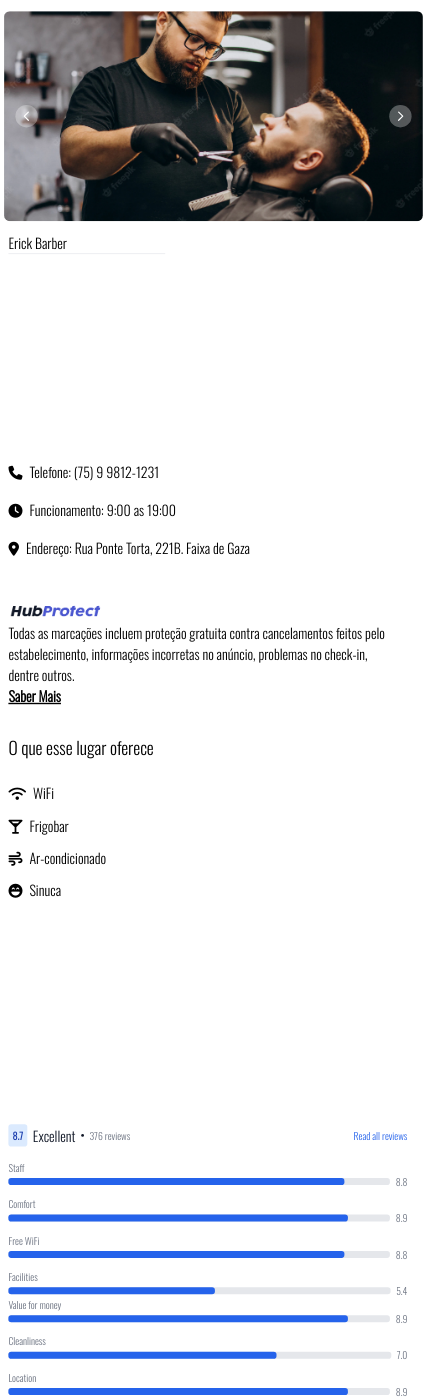
Repository: nailson493/BeardHub-TCC
Page: http://localhost/
These files come from the project's save history. The page is drawn as it stood at one moment and after a run of saves; the edit follows.
The browser window is 600 px wide. The page is 618 px wide, so the pictures cover 618 px, including what lies to the right of the window. The pictures show the whole page, at 70% of full size.
Some web libraries are served in a nearby version. The page is run by PHP 8.4 with error messages shown; the project is at /var/www/html/.

Above is the page before, as saved 2022-12-11 22:38:20.

### Estabelecimento/index.html
<!DOCTYPE html>
<html lang="pt-br">
<head>
    <meta charset="UTF-8">
    <meta http-equiv="X-UA-Compatible" content="IE=edge">
    <meta name="viewport" content="width=device-width, initial-scale=0.55">
    <!-- <meta name="viewport" content= "width=device-width, user-scalable=no"> -->
    <title>Document</title>
    <link rel="stylesheet" href="https://cdn.jsdelivr.net/npm/@fortawesome/fontawesome-free@6.2.1/css/fontawesome.min.css" />
    <link rel="stylesheet" href="https://fonts.googleapis.com/css2?family=Inter:wght@300;400;500;600;700&display=swap" />
    <!-- <link rel="stylesheet" href="https://cdn.jsdelivr.net/npm/tw-elements/dist/css/index.min.css" /> -->
    <script src="https://cdn.tailwindcss.com"></script>
    <script src="https://cdn.jsdelivr.net/npm/tw-elements/dist/js/index.min.js"></script>
    <link rel="stylesheet" href="pg.css">
    <script src="https://unpkg.com/flowbite@1.5.4/dist/flowbite.js"></script>
    <link rel="stylesheet" href="https://unpkg.com/flowbite@1.5.4/dist/flowbite.min.css" />
    <script src="https://unpkg.com/flowbite@1.5.5/dist/datepicker.js"></script>
    <link rel="stylesheet" href="https://cdnjs.cloudflare.com/ajax/libs/font-awesome/6.2.1/css/all.min.css" integrity="sha512-MV7K8+y+gLIBoVD59lQIYicR65iaqukzvf/nwasF0nqhPay5w/9lJmVM2hMDcnK1OnMGCdVK+iQrJ7lzPJQd1w==" crossorigin="anonymous" referrerpolicy="no-referrer" />
    <link href="https://fonts.googleapis.com/css2?family=Oswald:wght@300&display=swap" rel="stylesheet">

</head>



<body>

  <div id="box-picture" class="container mx-auto  justify-center mt-4 ">
    <div class="grid md:grid-rows-2 grid-flow-col  grid-cols-4 gap-4 " id="dividido">
     <div class="row-span-2 col-span-2">
      <div id="default-carousel" class="relative h-full " data-carousel="static">
        <!-- Carousel wrapper -->
        <div id="teste" class="relative h-full overflow-hidden rounded-lg ">
             <!-- Item 1 -->
            <div class="hidden duration-700 ease-in-out" data-carousel-item>
                <span class="absolute text-2xl font-semibold text-white -translate-x-1/2 -translate-y-1/2 top-1/2 left-1/2 sm:text-3xl dark:text-gray-800">First Slide</span>
                <img src="img/handsome-man-cutting-beard-barber-shop-salon_1303-20932.webp" class="absolute h-full object-cover  h-full object-cover block w-full -translate-x-1/2 -translate-y-1/2 top-1/2 left-1/2" alt="...">
            </div>
            <!-- Item 2 -->
            <div class="hidden duration-700 ease-in-out" data-carousel-item>
                <img src="img/handsome-man-cutting-beard-barber-shop-salon_1303-20932.webp" class="absolute h-full object-cover block w-full -translate-x-1/2 -translate-y-1/2 top-1/2 left-1/2" alt="...">
            </div>
            <!-- Item 3 -->
            <div class="hidden duration-700 ease-in-out" data-carousel-item>
                <img src="img/handsome-man-cutting-beard-barber-shop-salon_1303-20932.webp" class="absolute h-full object-cover   block w-full -translate-x-1/2 -translate-y-1/2 top-1/2 left-1/2" alt="...">
            </div>
        </div>
        <!-- Slider indicators -->

        <!-- Slider controls -->
        <button type="button" class="absolute top-0 left-0 z-30 flex items-center justify-center h-full px-4 cursor-pointer group focus:outline-none" data-carousel-prev>
            <span class="inline-flex items-center justify-center w-8 h-8 rounded-full sm:w-10 sm:h-10 bg-white/30 dark:bg-gray-800/30 group-hover:bg-white/50 dark:group-hover:bg-gray-800/60 group-focus:ring-4 group-focus:ring-white dark:group-focus:ring-gray-800/70 group-focus:outline-none">
                <svg aria-hidden="true" class="w-5 h-5 text-white sm:w-6 sm:h-6 dark:text-gray-800" fill="none" stroke="currentColor" viewBox="0 0 24 24" xmlns="http://www.w3.org/2000/svg"><path stroke-linecap="round" stroke-linejoin="round" stroke-width="2" d="M15 19l-7-7 7-7"></path></svg>
                <span class="sr-only">Previous</span>
            </span>
        </button>
        <button type="button" class="absolute top-0 right-0 z-30 flex items-center justify-center h-full px-4 cursor-pointer group focus:outline-none" data-carousel-next>
            <span class="inline-flex items-center justify-center w-8 h-8 rounded-full sm:w-10 sm:h-10 bg-white/30 dark:bg-gray-800/30 group-hover:bg-white/50 dark:group-hover:bg-gray-800/60 group-focus:ring-4 group-focus:ring-white dark:group-focus:ring-gray-800/70 group-focus:outline-none">
                <svg aria-hidden="true" class="w-5 h-5 text-white sm:w-6 sm:h-6 dark:text-gray-800" fill="none" stroke="currentColor" viewBox="0 0 24 24" xmlns="http://www.w3.org/2000/svg"><path stroke-linecap="round" stroke-linejoin="round" stroke-width="2" d="M9 5l7 7-7 7"></path></svg>
                <span class="sr-only">Next</span>
            </span>
        </button>
    </div>
  </div>
        <div class="side-card"><img class="rounded-md h-full" src="img/handsome-man-cutting-beard-barber-shop-salon_1303-20932.webp" alt="image description"></div>
        <div class="side-card"><img class="rounded-md h-full" src="img/handsome-man-cutting-beard-barber-shop-salon_1303-20932.webp" alt="image description"></div>
        <div class="side-card"><img class="rounded-md h-full " src="img/handsome-man-cutting-beard-barber-shop-salon_1303-20932.webp" alt="image description"></div>
        <div class="side-card"><img class="rounded-md h-full" src="img/handsome-man-cutting-beard-barber-shop-salon_1303-20932.webp" alt="image description"></div>
      </div>
    </div>




    <section id="secao" class="container mx-auto  justify-center mt-4">


      <div class="bar">
        <div class="text-description">
          <h1>Erick Barber</h1>
            <!-- <div class="icon-profile relative mx-auto justify-center mt-4">
              <a href="">
                <img src="/icon.jpg" alt="">
              </a>
            </div> -->
          <hr class="w-56">
        </div>
      </div>

      <form id="form" class="">
        <div class="flex flex-wrap -mx-3 mb-6">
          <div class="w-full md:w-1/2 px-3 mb-6 md:mb-0">
            <label class="block uppercase tracking-wide text-white text-xs font-bold mb-2" for="grid-last-name">
              Data
            </label>
            <div class="sticky">
              <div class=" flex absolute inset-y-0 left-0 items-center pl-3 pointer-events-none">
                <i class="fa-solid fa-calendar-days"></i>
              </div>
              <input datepicker type="text" class="bg-white border border-gray-300 text-gray-900 text-sm rounded-lg focus:ring-blue-500 focus:border-blue-500 block w-full pl-10 p-2.5 dark:bg-white dark:border-gray-600 dark:placeholder-gray-4JUdGzvrMFDWrUUwY3toJATSeNwjn54LkCnKBPRzDuhzi5vSepHfUckJNxRL2gjkNrSqtCoRUrEDAgRwsQvVCjZbRyFTLRNyDmT1a1boZV">
            </div>
          </div>
          <div class="w-full md:w-1/2 px-3 mb-1">
            <label class="block uppercase tracking-wide text-white text-xs font-bold mb-2" for="grid-last-name">
              Horario
            </label>
            <select id="countries" class="bg-white border border-gray-300 text-gray-900 text-sm rounded-lg focus:ring-blue-500 focus:border-blue-500 block w-full p-2.5 dark:bg-white dark:border-gray-600 dark:placeholder-gray-4JUdGzvrMFDWrUUwY3toJATSeNwjn54LkCnKBPRzDuhzi5vSepHfUckJNxRL2gjkNrSqtCoRUrEDAgRwsQvVCjZbRyFTLRNyDmT1a1boZV">
              <option selected>Choose a country</option>
              <option value="US">United States</option>
              <option value="CA">Canada</option>
              <option value="FR">France</option>
              <option value="DE">Germany</option>
            </select>
          </div>
        </div>
        <div class="flex flex-wrap -mx-3 mb-6">
          <div class="w-full px-3">
            <label class="block uppercase tracking-wide text-white text-xs font-bold mb-2" for="grid-last-name">
              Funcionario
            </label>
            <select id="countries" class="bg-white border border-gray-300 text-gray-900 text-sm rounded-lg focus:ring-blue-500 focus:border-blue-500 block w-full p-2.5 dark:bg-white dark:border-gray-600 dark:placeholder-gray-4JUdGzvrMFDWrUUwY3toJATSeNwjn54LkCnKBPRzDuhzi5vSepHfUckJNxRL2gjkNrSqtCoRUrEDAgRwsQvVCjZbRyFTLRNyDmT1a1boZV">
              <option selected>Choose a country</option>
              <option value="US">United States</option>
              <option value="CA">Canada</option>
              <option value="FR">France</option>
              <option value="DE">Germany</option>
            </select>
          </div>
        </div>
        <div class="flex flex-wrap -mx-3 mb-6">
          <div class="w-full px-3">
            <label class="block uppercase tracking-wide text-white text-xs font-bold mb-2" for="grid-last-name">
              Serviço
            </label>
            <select id="countries" class="bg-white border border-gray-300 text-gray-900 text-sm rounded-lg focus:ring-blue-500 focus:border-blue-500 block w-full p-2.5 dark:bg-white dark:border-gray-600 dark:placeholder-gray-4JUdGzvrMFDWrUUwY3toJATSeNwjn54LkCnKBPRzDuhzi5vSepHfUckJNxRL2gjkNrSqtCoRUrEDAgRwsQvVCjZbRyFTLRNyDmT1a1boZV">
              <option selected>Choose a country</option>
              <option value="US">United States</option>
              <option value="CA">Canada</option>
              <option value="FR">France</option>
              <option value="DE">Germany</option>
            </select>
          </div>
        </div>
          <div class="flex flex-wrap -mx-3 mb-6">
            <div class="w-full px-3">
              <button type="button" class=" w-full text-white bg-gradient-to-r from-blue-500 via-blue-600 to-blue-700 hover:bg-gradient-to-br focus:ring-4 focus:outline-none focus:ring-blue-300 dark:focus:ring-blue-800 font-medium rounded-lg text-sm px-5 py-2.5 text-center ">Reservar</button>
            </div>
          </div>
      </form>


      <div id="lista" class="flex flex-col relative ">
        <ul style="list-style-type: none;">
          <li class="mt-6"><i class="fa-solid fa-phone"></i>&ensp;Telefone: (75) 9 9812-1231</li>
          <li class="mt-6"><i class="fa-solid fa-clock"></i>&ensp;Funcionamento: 9:00 as 19:00</li>
          <li class="mt-6"><i class="icon fas fa-map-marker-alt"></i>&ensp;Endereço: Rua Ponte Torta, 221B. Faixa de Gaza</li>
        </ul>





      <div id="protect" class="" >
        <img src="/img/prot.png" alt="">
        <p>Todas as marcações incluem proteção gratuita contra cancelamentos feitos pelo estabelecimento, informações incorretas no anúncio, problemas no check-in, dentre outros.
        </p>
        <a href=""> Saber Mais</a>

      </div>

      <div class="place-title mt-10">
        <h1>O que esse lugar oferece</h1>
        <div id="place" class="gap-8 lg:grid lg:grid-cols-2  place-content-center w-[35rem] justify-center md:shrink-0 mt-4">
          <div ><li class="mt-4"><i class="fa-solid fa-wifi"></i>&ensp;WiFi</li></div>
          <div ><li class="mt-4"><i class="fa-solid fa-martini-glass"></i>&ensp;Frigobar</li></div>
          <div ><li class="mt-4"><i class="fa-solid fa-wind"></i>&ensp;Ar-condicionado</li></div>
          <div><li class="mt-4"><i class="fa-solid fa-face-laugh-beam"></i>&ensp;Sinuca</li></div>
        </div>
      </div>

      <!-- <div class="flex flex-col ...">
        <div>
          <i class="fa-solid fa-phone"> </i>
        </div>
        <div>02</div>
        <div>03</div>
      </div> -->



<div id="feedback" class="relative top-[20rem] ">
    <div class="flex items-center mb-5">
      <p class="bg-blue-100 text-blue-800 text-sm font-semibold inline-flex items-center p-1.5 rounded dark:bg-blue-200 dark:text-blue-800">8.7</p>
      <p class="ml-2 font-medium text-gray-900 dark:text-black">Excellent</p>
      <span class="w-1 h-1 mx-2 bg-gray-900 rounded-full dark:bg-gray-500"></span>
      <p class="text-sm font-medium text-gray-500 dark:text-gray-400">376 reviews</p>
      <a href="#" class="ml-auto text-sm font-medium text-blue-600 hover:underline dark:text-blue-500">Read all reviews</a>
    </div>
  <div class="gap-8 sm:grid sm:grid-cols-2">
    <div>
        <dl>
            <dt class="text-sm font-medium text-gray-500 dark:text-gray-400">Staff</dt>
            <dd class="flex items-center mb-3">
                <div class="w-full bg-gray-200 rounded h-2.5 dark:bg-gray-700 mr-2">
                    <div class="bg-blue-600 h-2.5 rounded dark:bg-blue-500" style="width: 88%"></div>
                </div>
                <span class="text-sm font-medium text-gray-500 dark:text-gray-400">8.8</span>
            </dd>
        </dl>
        <dl>
            <dt class="text-sm font-medium text-gray-500 dark:text-gray-400">Comfort</dt>
            <dd class="flex items-center mb-3">
                <div class="w-full bg-gray-200 rounded h-2.5 dark:bg-gray-700 mr-2">
                    <div class="bg-blue-600 h-2.5 rounded dark:bg-blue-500" style="width: 89%"></div>
                </div>
                <span class="text-sm font-medium text-gray-500 dark:text-gray-400">8.9</span>
            </dd>
        </dl>
        <dl>
            <dt class="text-sm font-medium text-gray-500 dark:text-gray-400">Free WiFi</dt>
            <dd class="flex items-center mb-3">
                <div class="w-full bg-gray-200 rounded h-2.5 dark:bg-gray-700 mr-2">
                    <div class="bg-blue-600 h-2.5 rounded dark:bg-blue-500" style="width: 88%"></div>
                </div>
                <span class="text-sm font-medium text-gray-500 dark:text-gray-400">8.8</span>
            </dd>
        </dl>
        <dl>
            <dt class="text-sm font-medium text-gray-500 dark:text-gray-400">Facilities</dt>
            <dd class="flex items-center">
                <div class="w-full bg-gray-200 rounded h-2.5 dark:bg-gray-700 mr-2">
                    <div class="bg-blue-600 h-2.5 rounded dark:bg-blue-500" style="width: 54%"></div>
                </div>
                <span class="text-sm font-medium text-gray-500 dark:text-gray-400">5.4</span>
            </dd>
        </dl>
    </div>
    <div>
        <dl>
            <dt class="text-sm font-medium text-gray-500 dark:text-gray-400">Value for money</dt>
            <dd class="flex items-center mb-3">
                <div class="w-full bg-gray-200 rounded h-2.5 dark:bg-gray-700 mr-2">
                    <div class="bg-blue-600 h-2.5 rounded dark:bg-blue-500" style="width: 89%"></div>
                </div>
                <span class="text-sm font-medium text-gray-500 dark:text-gray-400">8.9</span>
            </dd>
        </dl>
        <dl>
            <dt class="text-sm font-medium text-gray-500 dark:text-gray-400">Cleanliness</dt>
            <dd class="flex items-center mb-3">
                <div class="w-full bg-gray-200 rounded h-2.5 dark:bg-gray-700 mr-2">
                    <div class="bg-blue-600 h-2.5 rounded dark:bg-blue-500" style="width: 70%"></div>
                </div>
                <span class="text-sm font-medium text-gray-500 dark:text-gray-400">7.0</span>
            </dd>
        </dl>
        <dl>
            <dt class="text-sm font-medium text-gray-500 dark:text-gray-400">Location</dt>
            <dd class="flex items-center">
                <div class="w-full bg-gray-200 rounded h-2.5 dark:bg-gray-700 mr-2">
                    <div class="bg-blue-600 h-2.5 rounded dark:bg-blue-500" style="width: 89%"></div>
                </div>
                <span class="text-sm font-medium text-gray-500 dark:text-gray-400">8.9</span>
            </dd>
        </dl>
    </div>
  </div>













</div>









    </section>

  <!-- <form id="form" class="">
  <div class="flex flex-wrap -mx-3 mb-6">
    <div class="w-full md:w-1/2 px-3 mb-6 md:mb-0">
      <label class="block uppercase tracking-wide text-white text-xs font-bold mb-2" for="grid-last-name">
        Data
      </label>
      <div class="sticky">
        <div class=" flex absolute inset-y-0 left-0 items-center pl-3 pointer-events-none">
          <i class="fa-solid fa-calendar-days"></i>
        </div>
        <input datepicker type="text" class="bg-white border border-gray-300 text-gray-900 text-sm rounded-lg focus:ring-blue-500 focus:border-blue-500 block w-full pl-10 p-2.5 dark:bg-white dark:border-gray-600 dark:placeholder-gray-4JUdGzvrMFDWrUUwY3toJATSeNwjn54LkCnKBPRzDuhzi5vSepHfUckJNxRL2gjkNrSqtCoRUrEDAgRwsQvVCjZbRyFTLRNyDmT1a1boZV">
      </div>
    </div>
    <div class="w-full md:w-1/2 px-3 mb-1">
      <label class="block uppercase tracking-wide text-white text-xs font-bold mb-2" for="grid-last-name">
        Horario
      </label>
      <select id="countries" class="bg-white border border-gray-300 text-gray-900 text-sm rounded-lg focus:ring-blue-500 focus:border-blue-500 block w-full p-2.5 dark:bg-white dark:border-gray-600 dark:placeholder-gray-4JUdGzvrMFDWrUUwY3toJATSeNwjn54LkCnKBPRzDuhzi5vSepHfUckJNxRL2gjkNrSqtCoRUrEDAgRwsQvVCjZbRyFTLRNyDmT1a1boZV">
        <option selected>Choose a country</option>
        <option value="US">United States</option>
        <option value="CA">Canada</option>
        <option value="FR">France</option>
        <option value="DE">Germany</option>
      </select>
    </div>
  </div>
  <div class="flex flex-wrap -mx-3 mb-6">
    <div class="w-full px-3">
      <label class="block uppercase tracking-wide text-white text-xs font-bold mb-2" for="grid-last-name">
        Funcionario
      </label>
      <select id="countries" class="bg-white border border-gray-300 text-gray-900 text-sm rounded-lg focus:ring-blue-500 focus:border-blue-500 block w-full p-2.5 dark:bg-white dark:border-gray-600 dark:placeholder-gray-4JUdGzvrMFDWrUUwY3toJATSeNwjn54LkCnKBPRzDuhzi5vSepHfUckJNxRL2gjkNrSqtCoRUrEDAgRwsQvVCjZbRyFTLRNyDmT1a1boZV">
        <option selected>Choose a country</option>
        <option value="US">United States</option>
        <option value="CA">Canada</option>
        <option value="FR">France</option>
        <option value="DE">Germany</option>
      </select>
    </div>
  </div>
  <div class="flex flex-wrap -mx-3 mb-6">
    <div class="w-full px-3">
      <label class="block uppercase tracking-wide text-white text-xs font-bold mb-2" for="grid-last-name">
        Serviço
      </label>
      <select id="countries" class="bg-white border border-gray-300 text-gray-900 text-sm rounded-lg focus:ring-blue-500 focus:border-blue-500 block w-full p-2.5 dark:bg-white dark:border-gray-600 dark:placeholder-gray-4JUdGzvrMFDWrUUwY3toJATSeNwjn54LkCnKBPRzDuhzi5vSepHfUckJNxRL2gjkNrSqtCoRUrEDAgRwsQvVCjZbRyFTLRNyDmT1a1boZV">
        <option selected>Choose a country</option>
        <option value="US">United States</option>
        <option value="CA">Canada</option>
        <option value="FR">France</option>
        <option value="DE">Germany</option>
      </select>
    </div>
  </div>
    <div class="flex flex-wrap -mx-3 mb-6">
      <div class="w-full px-3">
        <button type="button" class=" w-full text-white bg-gradient-to-r from-blue-500 via-blue-600 to-blue-700 hover:bg-gradient-to-br focus:ring-4 focus:outline-none focus:ring-blue-300 dark:focus:ring-blue-800 font-medium rounded-lg text-sm px-5 py-2.5 text-center ">Reservar</button>
      </div>
    </div>
</form> -->


</body>
</html>

### Estabelecimento/pg.css
body{
    height: 100vh;
}


.side-card img{
    min-height: 50px;
    max-height: 250px;
    object-fit: cover;
}




#description h1{
    margin-left: 10%;
}

.text-description h1{
  font-size: 20px;
  font-family: 'Oswald', sans-serif;

}

#lista{
    margin-top: -28%;
    font-size: 20px;
    font-family: 'Oswald', sans-serif;
}

.bar a{

    width: 100%;
}

    .bar img{
        border-radius: 50%;
        width: 100%;

    }

.icon-profile{
    width: 18%;
}


#protect{
    margin-top: 3%;
    min-width: 100px;
}

#protect img{

    width: 20%;
    margin-left: -1.5%;
}

#protect p{
    min-width: 50%;
    width: 50%;
}

#protect a{
    font-weight: bolder;
    text-decoration: underline;
}

#place{
    list-style: none;
    font-size: 20px;
    font-family: 'Oswald', sans-serif;
}




.place-title h1{
  font-size: 25px;
  font-weight: 500;
}

#default-carousel{
    width: 100%;
    min-width: 300px;
}


#form{
    margin-left: 60%;
    background-color: #111827;
    padding: 1%;
    border-radius: 2%;
    position: sticky;
    top: 10px;
    box-shadow: rgba(0, 0, 0, 0.35) 0px 5px 15px;

}

#datepicker-header{
    background-color: blueviolet;
}



@media screen and (max-width: 756px){
    .side-card{
        display: none;
    }
    #default-carousel{
        width: 205%;
        height: 300px;
    }
    #form{
        visibility: hidden;
    }

     #protect{
        margin-top: 20%;
    }
    #protect p{
        width: 90%;
    }
    #protect img{
        margin-top: -10%;
        width: 25%;
    }
    #feedback{
        width: 95%;
    }
}

@media screen and (max-width: 661px){
    #default-carousel{
        width: 205%;
        height: 300px;
        margin-left: 2%;
    }
    #secao{
        margin-left: 2%;
    }

    #protect img{
        margin-top: -10%;
        width: 25%;
    }
}


@media screen and (max-width: 400px){
    #default-carousel{
        width: 550px;
        height: 300px;
    }
}


@media screen and (max-width: 703px){
    #lista
}





@media screen and (max-width: 376px){


    #protect img{
        width: 40%;
        margin-left: -8px;
    }
    #protect p{
        min-width: 150%;
    }

}

After the next 2 saves:
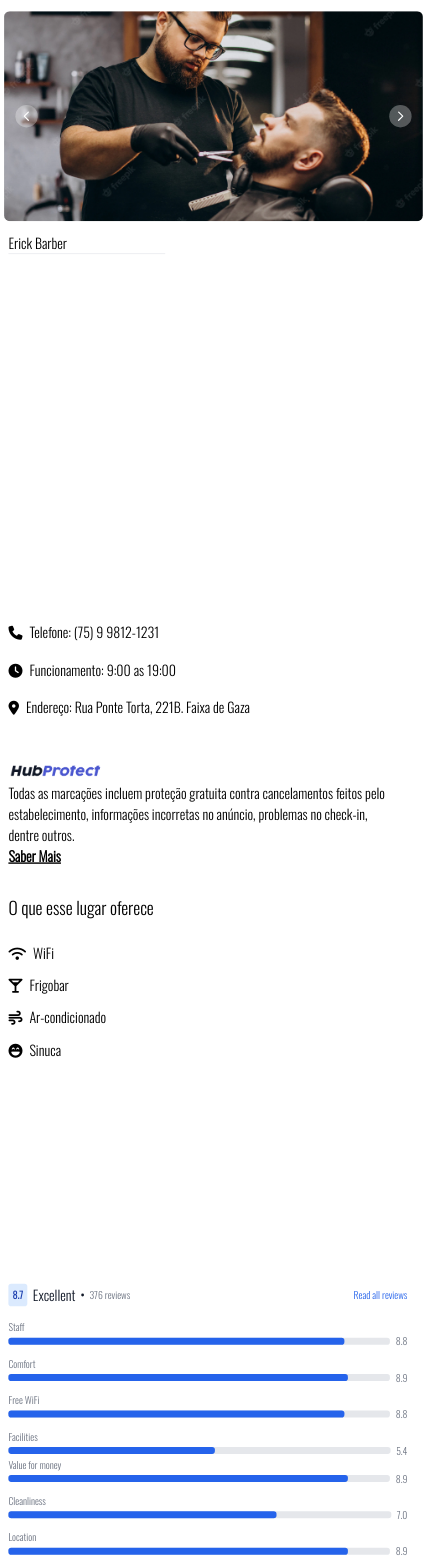
The 2 saves are shown as one change because they came seconds apart.
The last was saved 8 s later.
--- a/Estabelecimento/pg.css
+++ b/Estabelecimento/pg.css
@@ -155,7 +155,9 @@
 
 
 @media screen and (max-width: 703px){
-    #lista
+    #lista{
+        margin-top: 10%;
+    }
 }
 
 
